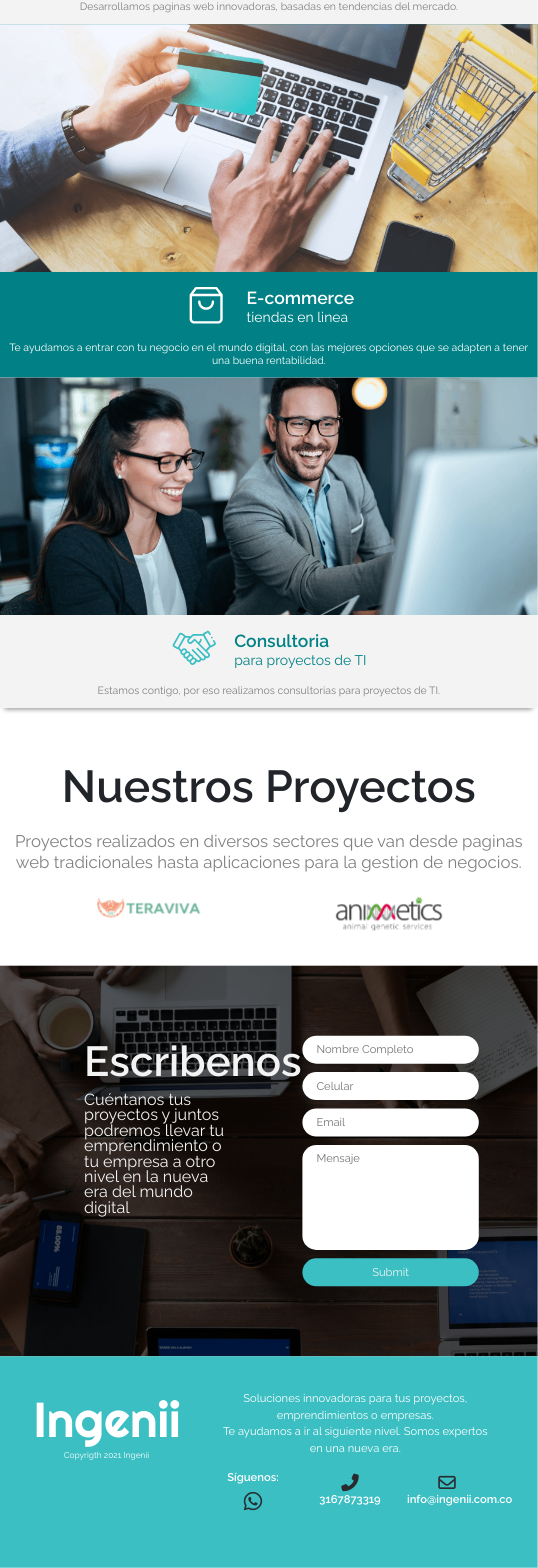
Repository: mariomr87/testwebpage
Page: index.html
An editor plug-in stored every save of this project. The page is shown before and after the next save, followed by the edit.
The browser window is 768 px wide. The pictures show the part of the page from y = 2701 to 4941 px (the page is 4941 px tall), at 70% of full size.
Some web libraries are served in a nearby version.

Above is the page before, as saved 2021-10-19 22:00:25.

### index.html
<!DOCTYPE html>
<html>
<head>
	<meta charset="utf-8">
	<title>Ingenii - Nueva era</title>
	<link href="style.css" rel="stylesheet">
	<!-- CSS only -->
	<link href="https://cdn.jsdelivr.net/npm/bootstrap@5.0.2/dist/css/bootstrap.min.css" rel="stylesheet" integrity="sha384-EVSTQN3/azprG1Anm3QDgpJLIm9Nao0Yz1ztcQTwFspd3yD65VohhpuuCOmLASjC" crossorigin="anonymous">
	<link rel="preconnect" href="https://fonts.googleapis.com">
	<link rel="preconnect" href="https://fonts.gstatic.com" crossorigin>
	<link href="https://fonts.googleapis.com/css2?family=Raleway:ital,wght@0,200;0,400;0,600;1,900&display=swap" rel="stylesheet">
	<script src="https://kit.fontawesome.com/ffd6f804ac.js" crossorigin="anonymous"></script>

	<!--MENU BOOSTRAP JavaScript Bundle with Popper -->
	<script src="https://cdn.jsdelivr.net/npm/bootstrap@5.1.1/dist/js/bootstrap.bundle.min.js" integrity="sha384-/bQdsTh/da6pkI1MST/rWKFNjaCP5gBSY4sEBT38Q/9RBh9AH40zEOg7Hlq2THRZ" crossorigin="anonymous"></script>

	<!--Carrusel-->
	<link href="https://cdn.jsdelivr.net/npm/bootstrap@5.0.2/dist/css/bootstrap.min.css" rel="stylesheet" integrity="sha384-EVSTQN3/azprG1Anm3QDgpJLIm9Nao0Yz1ztcQTwFspd3yD65VohhpuuCOmLASjC" crossorigin="anonymous">
	<link rel="stylesheet" type="text/css" href="carousel.css">
	<script src="https://ajax.googleapis.com/ajax/libs/jquery/1.12.4/jquery.min.js" type="text/javascript" ></script>
	<script src="slick.js" type="text/javascript" charset="utf-8"></script>

	<!-- viewport mobile -->
	<meta name="viewport" content="width=device-width, initial-scale=1.0">


</head>
	<body>

		<!-- Menu -->
		<nav class="navbar navbar-expand-lg  sticky-top navbar-dark lineamenu ">
			<div class="container-fluid">
			  <a class="navbar-brand col-md-2 text-center navbar-expand-lg" href="#"><span class="menuimg-texto">Ingenii</span></a>
			  <button class="navbar-toggler" type="button" data-bs-toggle="collapse" data-bs-target="#navbarSupportedContent" aria-controls="navbarSupportedContent" aria-expanded="false" aria-label="Toggle navigation">
				<span class="navbar-toggler-icon "></span>
			  </button>
			  <div class="collapse navbar-collapse " id="navbarSupportedContent">
				<ul class="navbar-nav col-md-10">
				  <li class="nav-item">
					<a class="nav-link" aria-current="page" href="#">
						<span class="separar"><img src="./imagenes/menu/Icon-inicio.svg" class="d-inline-block align-text-top menuing-redes-logos"></span>
						<span class="menu-texto-opc">Inicio</span>
					</a>
				  </li>
				  <li class="nav-item">
					<a class="nav-link" href="#servicios4">
						<span class="separar"><img src="./imagenes/menu/Icon-Servicios.svg" class="d-inline-block align-text-top menuing-redes-logos"></span>
						<span class="menu-texto-opc">Servicios</span>
					</a>
				  </li>
				  <li class="nav-item">
					<a class="nav-link " href="#quienessomos" tabindex="-1" aria-disabled="true">
						<span class="separar"><img src="./imagenes/menu/Icon-Quienes somos.svg" class="d-inline-block align-text-top menuing-redes-logos"></span>
						<span class="menu-texto-opc">¿Quiénes somos?</span>
					</a>
				  </li>
				  <li class="nav-item">
					<a class="nav-link " href="#link-ntrabajo" tabindex="-1" aria-disabled="true">
						<span class="separar"><img src="./imagenes/menu/Icon- nuestro-trabajo.svg" class="d-inline-block align-text-top menuing-redes-logos"></span>
						<span class="menu-texto-opc">Nuestro Trabajo</span>
					</a>
				  </li>
				  <li class="nav-item">
					<a class="nav-link " href="#link-escribenos" tabindex="-1" aria-disabled="true">
						<span class="separar"><img src="./imagenes/menu/Icon - escribenos.svg" class="d-inline-block align-text-top menuing-redes-logos"></span>
						<span class="menu-texto-opc">Escribenos</span>
					</a>
				  </li>
				</ul>
				<div class="col-md-1 text-center">
					<!-- <span class="separar"><img class="menuing-redes-logos" src="./imagenes/menu/Facebook.svg" alt=""></span> -->
					<img class="menuing-redes-logos" src="./imagenes/menu/WhatsApp.svg" alt="">
				</div>
			  </div>
			</div>
		  </nav>

		<!-- Slider -->
		<div class="container-fluid slider text-centro text-center">
			<div class="row" id="servicios4">
				<div>
					<h3 class="logo title-slider">Ingenii</h3>
					<h3 class="blanco slider-text">Expertos en la nueva era</h3>
					<h3 id="app-web">Aplicaciones web_</h3><br>
					<img id="flecha-down" src="./imagenes/principal/flecha.svg">
				</div>
			</div>
		</div>
		<!-- Quienes somos y servicios -->
		<div class="container-fluid " >
			<!-- Iconos de servicios -->
			<div class="cuadros-servi row ">
				<div class="azul-claro-bg cuadro col ">
					<img src="./imagenes/principal/app.svg" class="icon-serv">
					<h5><span class="negrilla "><strong>Aplicaciones</strong> </span><br>web a la medida</h5>
				</div>
				<div class="azul-claro-bg cuadro col">
					<img src="./imagenes/principal/desarrollo.svg" class="icon-serv"><h5><span class="negrilla ">Desarrollo</span><br>de Páginas web</h5>
				</div>
				<div class="azul-claro-bg cuadro col">
					<img src="./imagenes/principal/tienda.svg" class="icon-serv">
					<h5><span class="negrilla ">E-commerce</span><br> tiendas en linea</h5>
				</div>
				<div class="azul-claro-bg cuadro col">
					<img src="./imagenes/principal/consultoria.svg" class="icon-serv"><h5><span class="negrilla ">Consultoría</span><br>para proyectos TI</h5>
				</div>
			</div>

			<!-- Texto quienes somos -->
			<div class="row just-somos" id="quienessomos">
				<div class="col-md-6 centrar-somos">
					<p class="line-blue"> </p>
					<h1 class="text-quienes" >Quiénes</h1><h2 class="text-somos">Somos</h2>
				</div>
				<div class="col-md-6">
					<p class="texto-qs"><span class="negrilla">Ingenii</span> es un emprendimiento que nace para ayudar a miles emprendedores a <span class="negrilla">migrar al mundo digital,</span> en un momento en el cual el
					comercio electrónico ha tomado una importancia estratégica para que muchas ideas de negocios tengan éxito, además de asesorar a
					nuestros clientes para que lleven su emprendimiento o empresa al siguiente nivel.
					<br><br>Hacemos nuestro trabajo con seriedad, honestidad y profesionalismo, estamos 100% comprometidos con nuestros clientes.</p>
				</div>
			</div>
		</div>
		<!-- Servicios -->
		<div class="container-fluid">
			<div class="row row-cols-2 servi-col">
				<!--Aplicaciones -->
				<div class="col azul-claro-bg sombra one">
					<img class="servicios-img" src="imagenes/servicios/Aplicaciones.png">
				</div>
				<div class="col azul-claro-bg text-app sombra two">
						<div class="centra-app">
							<div class="interlineas">
								<img src="./imagenes/servicios/web-a-medida.svg" class="icon-serv">
								<span class="text-app-p"><span class="text-app-icon">Aplicaciones</span><p class="text-app-icon2">Web a la medida</p></span>
							</div>
							<div class="interlineas">
								<p class="text-app-des">Desarrollamos aplicaciones web que se ajusten a las necesidades de tu emprendimiento, empresa o proyecto.</p>
							</div>
						</div>
				</div>
				<!--Desarrollo -->
				<div class="col blanco-bg sombra three">
					<div class="text-app ">
						<div class="centra-app">
							<div class="interlineas">
								<img src="./imagenes/servicios/desarrollo-web.svg" class="icon-serv">
								<span class="azul text-app-p"><span class="text-app-icon">Desarrollo</span><p class="text-app-icon2">de paginas web</p></span>
							</div>
							<div class="interlineas" >
								<p class="gris2 text-app-des">Desarrollamos paginas web innovadoras, basadas en tendencias del mercado.</p>
							</div>
						</div>
					</div>
				</div>
				<div class="col blanco-bg sombra four">
					<img class="servicios-img" src="imagenes/servicios/desarrolloweb.png">
				</div>
				<!--E-commerce-->
				<div class="col azul-bg sombra five">
					<img class="servicios-img" src="imagenes/servicios/ecommerce.png">
				</div>
				<div class="col azul-bg sombra six">
					<div class="text-app">
						<div class="centra-app">
							<div class="interlineas">
								<img src="./imagenes/servicios/ecommerce.svg" class="icon-serv">
								<span class="text-app-p"><span class="text-app-icon">E-commerce</span><p class="text-app-icon2">tiendas en linea</p> </span>
							</div>
							<div class="interlineas">
								<p class="text-app-des">Te ayudamos a entrar con tu negocio en el mundo digital, con las mejores opciones que se adapten a tener una buena rentabilidad.</p>
							</div>
						</div>
					</div>
				</div>
				<!--Consultoria -->
				<div class="col blanco-bg sombra seven">
					<div class="azul text-app">
					<div class="centra-app">
							<div class="interlineas">
								<img src="./imagenes/servicios/consultoria-TI.svg" class="icon-serv">
								<span class="text-app-p"><span class="text-app-icon">Consultoria</span> <p class="text-app-icon2"> para proyectos de TI</p></span>
							</div>
							<div class="interlineas">
								<p class="gris2 text-app-des">Estamos contigo, por eso realizamos consultorias para proyectos de TI.</p>
							</div>
					</div>
					</div>
				</div>
    			<div class="col blanco-bg sombra eight">
					<img class="servicios-img" src="imagenes/servicios/consultoria.png">
				</div>
			</div>
		</div>


		<!-- Nuestros Proyectos -->
		<div class="container-fluid" id="link-ntrabajo">
			<div class="row">
				<div class="col-md-12 text-center">
					<p class="proyectos">Nuestros Proyectos</p>
					<p class="proyectos-txt">Proyectos realizados en diversos sectores que van desde paginas web tradicionales hasta aplicaciones para la gestion de negocios.</p>
				</div>
				<div class="col-md-12 container">
					<section class="customer-logos slider2">
						<div class="slide"><img src="images/image3.png"></div>
						<div class="slide"><img src="images/image4.png"></div>
						<div class="slide"><img src="images/image3.png"></div>
						<div class="slide"><img src="images/image4.png"></div>
					</section>
				</div>
			</div>
		</div>

		<!-- Contacto -->
		<div class="container-fluid contacto-container" id="link-escribenos">
			<div class="row">
				<div class="col-md-6">
					<div class="contacto-column-1">
						<p class="line-blue"> </p>
						<h2 class="contacto-title blanco">Escribenos</h2>
						<p class="contacto-desc blanco">Cuéntanos tus proyectos y juntos podremos llevar tu emprendimiento o tu empresa a otro nivel en la nueva era del mundo digital</p>
					</div>
					</div>
				<div class="col-md-6">
					<form class="contacto-form">
						<input type="text" class="contacto-input" placeholder="Nombre Completo" name="nombre">
						<input type="text" class="contacto-input" placeholder="Celular" name="celular">
						<input type="email" class="contacto-input" placeholder="Email" name="email">
						<textarea name="mensaje" class="contacto-textarea" placeholder="Mensaje"></textarea>
						<input type="submit" class="contacto-input azul-claro-bg" name="Enviar">
					</form>
				</div>
			</div>
		</div>
		<!-- Footer -->
		<div class="container-fluid azul-claro-bg p-5 footer-ingenii">
			<div class="row pb-4">
				<div class="col-md-4">
					<div class="footer-container">
						<h2 class="logo title-footer">Ingenii</h2>
						<p class="subtitle-footer">Copyrigth 2021 Ingenii</p>
					</div>
				</div>
				<div class="col-md-8">
					<div class="social-container">
						<p class="texto-footer">Soluciones innovadoras para tus proyectos, emprendimientos o empresas.<br>Te ayudamos a ir al siguiente nivel. Somos expertos en una nueva era.</p>
						<div class="container">
							<div class="row">
								<div class="col-md-4">
									<span class="social-icon-text" style="vertical-align: middle;">Síguenos:
									</span>
									<!-- <a href="www.facebook.com" class="link-icon-footer gris">
										<i class="fab fa-facebook"></i>
									</a> -->
									<a href="https://api.whatsapp.com/send?phone=573167873319&text=Bienvenidos%20a%20Ingenii%20una%20Nueva%20Era.%20En%20que%20podemos%20ayudar?" class="link-icon-footer gris">
										<i class="fab fa-whatsapp"></i>
									</a>
								</div>
								<div class="col-md-4 mt-2">
									<i style="vertical-align: middle;" class="fas fa-phone-alt gris icon-footer"></i><span class="social-icon-text"> 3167873319</span>
								</div>
								<div class="col-md-4 mt-2">
									<i style="vertical-align: middle;" class="far fa-envelope gris icon-footer"></i><span class="social-icon-text"> info@ingenii.com.co</span>
								</div>
							</div>
						</div>
					</div>
				</div>
			</div>
		</div>

		<script type="text/javascript">
			$(document).ready(function(){
				$('.customer-logos').slick({
					slidesToShow: 2,
					slidesToScroll: 1,
					autoplay: true,
					autoplaySpeed: 500,
					arrows: false,
					dots: false,
						pauseOnHover: false,
						responsive: [{
						breakpoint: 500,
						settings: {
							slidesToShow: 4
						}
					}, {
						breakpoint: 520,
						settings: {
							slidesToShow: 3
						}
					}]
				});
			});
		</script>

	</body>
</html>

### style.css
/*
autor: Estiven Oviedo Gonzalez;
fecha: 2021-07-18;
*/

@font-face {
    font-family: 'Righteous';
    src: url('font/Righteous-Regular.ttf');
}


body{
	font-family: 'Raleway', sans-serif !important;
}

.lineamenu{
	border-bottom-width: 1px;
	border-bottom-style: solid;
	/* border-bottom-color: #c5c3c3 ; */
	background-color: #292b2f;
}

.menuimg-texto{
	font-weight: 900;
	font-size: 3em;
	font-family: 'Righteous', cursive;
	color: #fff;
}

.separar{
	padding-right: 10px;
}

.menu-texto-opc{
	font-size: 1.2em;
	color: white;

}
.menuing-redes-logos{
	width: 1.5em;
}

.navbar-nav{
	justify-content: center;

}

.nav-item{
	padding: 24px 10px;
}

.nav-item:hover{
	box-shadow: inset 0px -7px #3bbfc3;
}

.logo{
	font-family: 'Righteous', cursive;
	color: #fff;
}

.azul{
	color: #018185;
}

.gris{
	color: #292b2f;
}

.verde{
	color: #40af93;
}

.azul-claro{
	color: #3bbfc3;
}

.blanco{
	color: #f3f3f3;
}

.azul-bg{
	background-color: #018185;
	color: #fff;
}

.gris-bg{
	background-color: #292b2f;
}

.verde-bg{
	background-color: #40af93;
}

.azul-claro-bg{
	background-color: #3bbfc3;
	color: #f3f3f3;
}

.blanco-bg{
	background-color: #f3f3f3;
}


.sombra{
	box-shadow: 0px 7px 7px -6px gray;
}

/* servicios */
.servicios-img{
	width: 100%;
}

.title-footer{
	font-size: 70px;
	margin: 0;
}

.subtitle-footer{
	color: #fff;
	font-size: 12px;
}

.footer-container{
	margin-left: 35%;
	border-right: 1px solid #fff;
}

.social-container{
	color: #fff;
}

.link-icon-footer{
	font-size: 30px;
	padding: 0px 10px;
	vertical-align: middle;
}

.icon-footer{
	font-size: 25px;
}

.social-icon-text{
	font-weight: 600;
}

.contacto-container{
	background-image: url('imagenes/formulario/fondo-formulario.png');
	background-size: cover;
}

.contacto-form{
	margin: 100px 20% 100px 10%;
}

.contacto-input{
	display: block;
    padding: 8px 20px;
    border-radius: 40px;
    border: none;
    margin-bottom: 12px;
    width: 100%;
}

.contacto-textarea{
	display: block;
    padding: 8px 20px;
    border-radius: 20px;
    border: none;
    margin-bottom: 12px;
    resize: none;
    width: 100%;
    height: 150px;
}

.contacto-column-1{
	margin: 100px 10% 100px 30%;
}

.contacto-title{
	font-size: 65px;
	font-weight: 900;
}

.contacto-desc{
	text-align:left;
	font-size: 23px;
	line-height: 22px;
}

.slider{
	background-image: url('imagenes/principal/banner.png');
	background-size: cover;
}

.title-slider{
	font-size: 110px;
	margin: 0;
}

.slider-text{
	font-size: 40px ;
	font-weight: bold;
}

#app-web{
	display: inline;
	background-color: #f6f6f6;
	color: #018185;
	padding: 0px 20px;
}

.text-quienes{
	font-weight:bold;
	font-size:100px;
}

.text-somos{
	font-size:80px;
	line-height: 10px;
}

.line-blue{
	background-color: #018185;
	height: 8px;
	width: 80px;
}

.texto-qs{
	text-align: justify;
	font-size: 18px;
	color: gray;

}

.negrilla{
	font-weight: bold;
}

.cuadro span {
	font-size: 1.5em;
}

.just-somos{
	padding-left: 100px;
	padding-right: 100px;
	padding-top: 0;
	padding-bottom: 50px;
	line-height: initial;
}

.centrar-somos{
	align-content: center;
	justify-content: center;
	display: grid;
}


.text-app{
	position: relative;
	padding-top: 2%;

}

.centra-app{
	margin: 5% 20% 0 15%;
	text-align: justify;
}

.text-app-p{
	padding-left: 25px;

}

.text-app-icon{
	font-size: 35px;
	font-weight: 900;

}

.text-app-icon2{
	font-size: 27px;
}

.text-app-des{
	font-size: 20px;
	color: white;
}

.gris2{
	color: gray ;
}

.cuadro{
	margin: auto 1%;
	padding: 33px;
	box-shadow: -1px 5px 6px #889788;
}

.cuadros-servi{
	text-align: center;
	padding: 0% 8%;
	position: relative;
    bottom: 60px;

}
.interlineas{
	line-height:normal;
	display: flex;
	justify-content: flex-start;
    align-items: center;
	letter-spacing: normal;
}

.icon-serv{
	width: 86px;
	margin-bottom: 20px;
}

.cuadro img{
	padding-bottom: 15px;
}

.text-centro{
	padding: 8% 0%;

}

#flecha-down{
	padding-top: 2%;
	width: 3%;
}

.flotante{
	position: relative;
}

.servi-col div{
	padding-left: 0;
	padding-right: 0;
}

.proyectos{
	font-weight: 900;
	font-size: 4em;
	padding-top: 1em;
}

.proyectos-txt{
	color: gray;
	font-size: 1.5em;
	padding: 0 290px;
	line-height: normal;
}

.texto-footer{
	padding: 0px 22px;
}

@media screen and (max-width:1050px) {
	.texto-footer{
		padding: 0px 20px 0px 35px;
	}
}

@media screen and (max-width:1100px) {
	.cuadros-servi h5{
		font-size: 1rem;
	}

	.text-quienes{
		font-size: 80px;
	}

	.text-app-des{
		font-size: 15px;
	}

	.text-app-icon2 {
		font-size: 20px;
	}

	.text-app-icon {
		font-size: 25px;
	}

	.icon-serv {
		width: 65px;

	}

	.centra-app {
		margin: 5% 9% 0 15%;
	}

	.contacto-title{
		font-size: 60px;
	}

	.proyectos-txt{
		padding: 0 12px;
	}

	.footer-container{
		border: none;
	}
}

@media screen and (max-width:840px) {
	.cuadros-servi{
		position: initial;
		padding-top: 10px;
		flex-direction: column;
	}

	.cuadro{
		margin-bottom: 15px;
	}

	.just-somos{
		flex-direction:column;
		padding: 0;
	}

	.just-somos .col-md-6{
		width: 100%;
	}

	.line-blue{
		display: none;
	}

	.centrar-somos{
		padding-bottom: 35px;
	}

	.servi-col{
		flex-direction: column;
	}

	.proyectos-txt{
		padding: 0;
	}

	.servi-col div{
		width: 100%;
	}

	.centra-app{
		margin: 0;
	}

	.interlineas{
		justify-content: center;
	}

	.text-app-des{
		text-align: center;
	}

	.one{
		order: 0;
	}

	.two{
		order: 1;
	}


	.three{
		order: 3;
	}

	.four{
		order: 2;
	}

	.five{
		order: 4;
	}

	.six{
		order: 5;
	}

	.seven{
		order:7;
	}

	.eight{
		order: 6;
	}

	.footer-container{
		margin-left: auto;
	}

	.footer-ingenii{
		text-align: center;
	}
}

@media screen and (max-width:450px) {
	.just-somos{
		padding: 0;
	}

	.proyectos-txt{
		padding: 0;
	}

	.servi-col div{
		width: 100%;
	}

	.centra-app{
		margin: 0;
	}

	.one{
		order: 0;
	}

	.two{
		order: 1;
	}

	.three{
		order: 3;
	}

	.four{
		order: 2;
	}

	.five{
		order: 4;
	}

	.six{
		order: 5;
	}

	.seven{
		order:7;
	}

	.eight{
		order: 6;
	}

}

### carousel.css
/* Slider */
.slick-slide {
    margin: 0px 20px;
}

.slick-slide img {
    width: 100%;
}

.slick-slider
{
    position: relative;
    display: block;
    box-sizing: border-box;
    -webkit-user-select: none;
    -moz-user-select: none;
    -ms-user-select: none;
            user-select: none;
    -webkit-touch-callout: none;
    -khtml-user-select: none;
    -ms-touch-action: pan-y;
        touch-action: pan-y;
    -webkit-tap-highlight-color: transparent;
}

.slick-list
{
    position: relative;
    display: block;
    overflow: hidden;
    margin: 0;
    padding: 0;
}
.slick-list:focus
{
    outline: none;
}
.slick-list.dragging
{
    cursor: pointer;
    cursor: hand;
}

.slick-slider .slick-track,
.slick-slider .slick-list
{
    -webkit-transform: translate3d(0, 0, 0);
       -moz-transform: translate3d(0, 0, 0);
        -ms-transform: translate3d(0, 0, 0);
         -o-transform: translate3d(0, 0, 0);
            transform: translate3d(0, 0, 0);
}

.slick-track
{
    position: relative;
    top: 0;
    left: 0;
    display: block;
}
.slick-track:before,
.slick-track:after
{
    display: table;
    content: '';
}
.slick-track:after
{
    clear: both;
}
.slick-loading .slick-track
{
    visibility: hidden;
}

.slick-slide
{
    display: none;
    float: left;
    height: 100%;
    min-height: 1px;
}
[dir='rtl'] .slick-slide
{
    float: right;
}
.slick-slide img
{
    display: block;
}
.slick-slide.slick-loading img
{
    display: none;
}
.slick-slide.dragging img
{
    pointer-events: none;
}
.slick-initialized .slick-slide
{
    display: block;
}
.slick-loading .slick-slide
{
    visibility: hidden;
}
.slick-vertical .slick-slide
{
    display: block;
    height: auto;
    border: 1px solid transparent;
}
.slick-arrow.slick-hidden {
    display: none;
}

.slider2 {
    padding: 20px 30px 50px 30px;
}

.slider2 div img{
    width: 50%;
    /* background-color: gray; */
    border-inline: 1px;
    display: block;
    margin: auto;

}

/* .slide{
 border-style: solid;
 color: red;

} */

Loaded but not shown: slick.js (library)

After the next save:
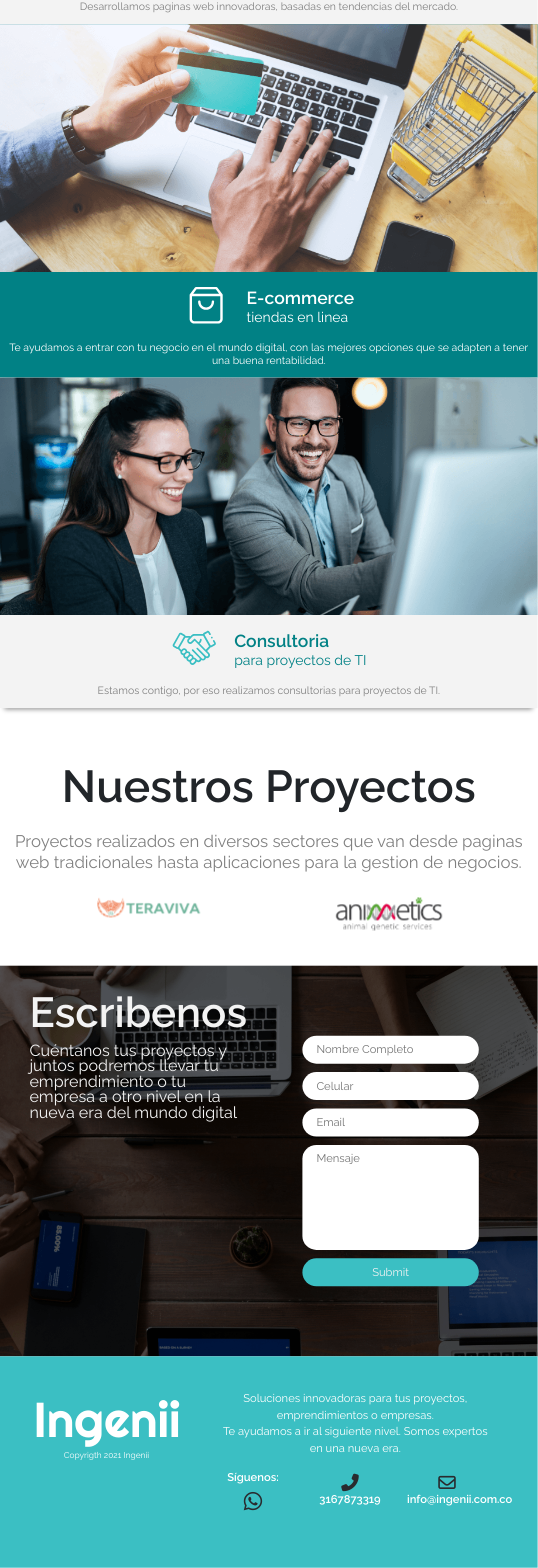
Saved 3 min 29 s later.
--- a/style.css
+++ b/style.css
@@ -497,6 +497,10 @@ body{
 	.footer-ingenii{
 		text-align: center;
 	}
+
+	.contacto-column-1 {
+		margin: 30px;
+	}
 }
 
 @media screen and (max-width:450px) {
